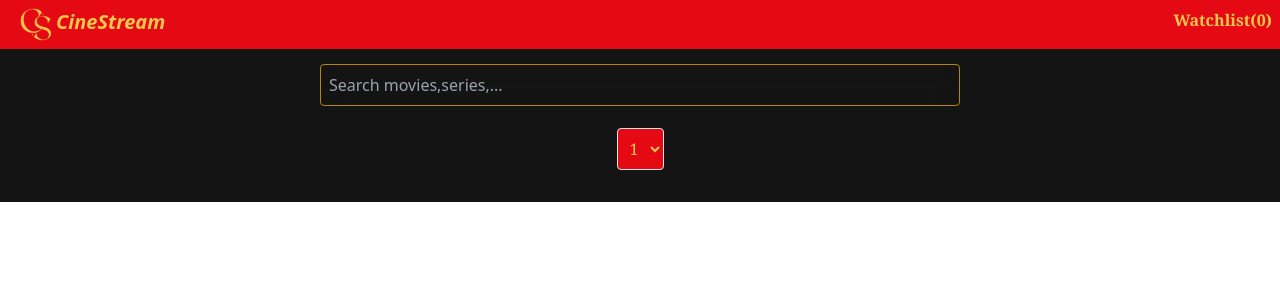
Repository: Reshmashameem31/Cine-Stream
Page: /watchlist (app in movie-project/)
These files come from the project's save history. The page is drawn as it stood at one moment and after a run of saves; the edit follows.
The browser window is 1280 px wide. The pictures show the whole page.
The project was rebuilt for these pictures with package versions that can differ from the ones it lists, and the page was loaded fresh each time. Also part of the build but not shown: movie-project/vite.config.js, movie-project/src/Components/Moviecard.jsx, movie-project/src/pages/Home.jsx.

Above is the page before, as saved 2025-08-16 13:23:08.

After the next 4 saves:
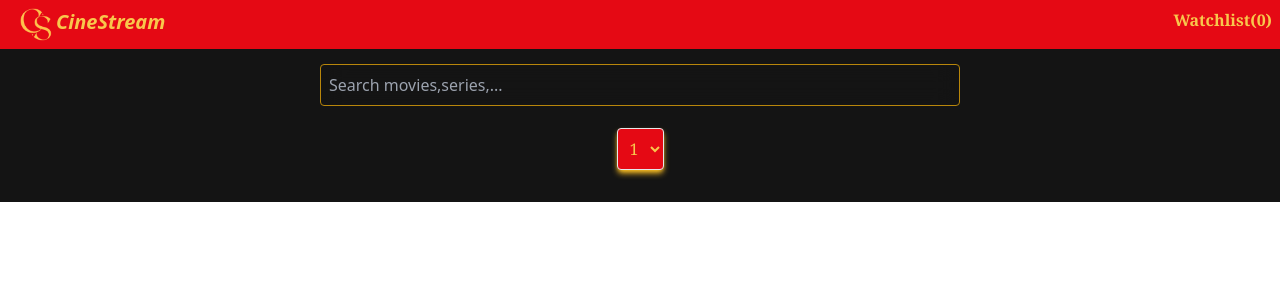
The 4 saves are shown as one change because they came seconds apart.
The last was saved 14 s later.
--- a/movie-project/src/Components/GenreFilter.jsx
+++ b/movie-project/src/Components/GenreFilter.jsx
@@ -2,7 +2,7 @@
 
 const GenreFilter = () => {
   return (
-    <select className='p-2 bg-[#E50914]  text-[rgb(248,199,76)]   backdrop-blur-md border rounded font-serif mb-4'>
+    <select className='p-2 bg-[#E50914]  text-[rgb(248,199,76)] shadow-md shadow-amber-400  backdrop-blur-md border rounded font-serif mb-4'>
         <option value=''>1</option>
         <option value=''>2</option>
         <option value=''>3</option>

After the 2 saves that followed:
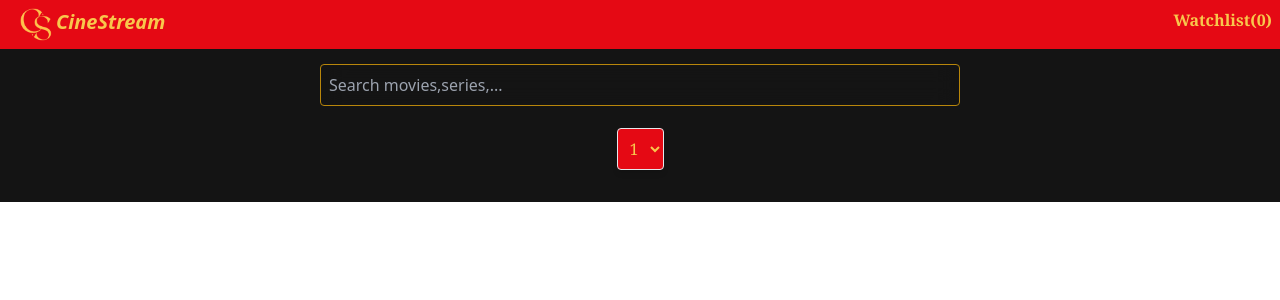
The 2 saves are shown as one change because they came seconds apart.
The last was saved 13 s later.
--- a/movie-project/src/Components/GenreFilter.jsx
+++ b/movie-project/src/Components/GenreFilter.jsx
@@ -2,7 +2,7 @@
 
 const GenreFilter = () => {
   return (
-    <select className='p-2 bg-[#E50914]  text-[rgb(248,199,76)] shadow-md shadow-amber-400  backdrop-blur-md border rounded font-serif mb-4'>
+    <select className='p-2 bg-[#E50914]  text-[rgb(248,199,76)] shadow-md shadow-amber-  backdrop-blur-md border rounded font-serif mb-4'>
         <option value=''>1</option>
         <option value=''>2</option>
         <option value=''>3</option>
